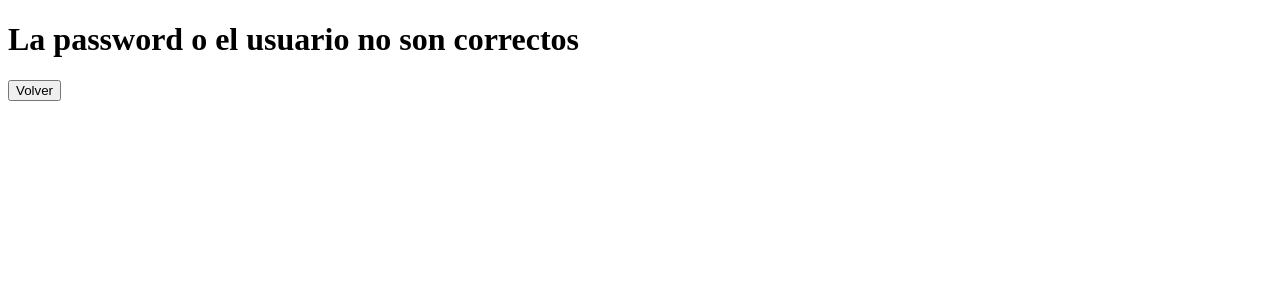
Repository: DGM140775/nocionesJava
Page: 05_Web/WebContent/error.html
An editor plug-in stored every save of this project. The page is shown before and after the next save, followed by the edit.
The browser window is 1280 px wide. The pictures show the whole page.

Above is the page before, as saved 2019-04-25 10:00:25.

After the next save:
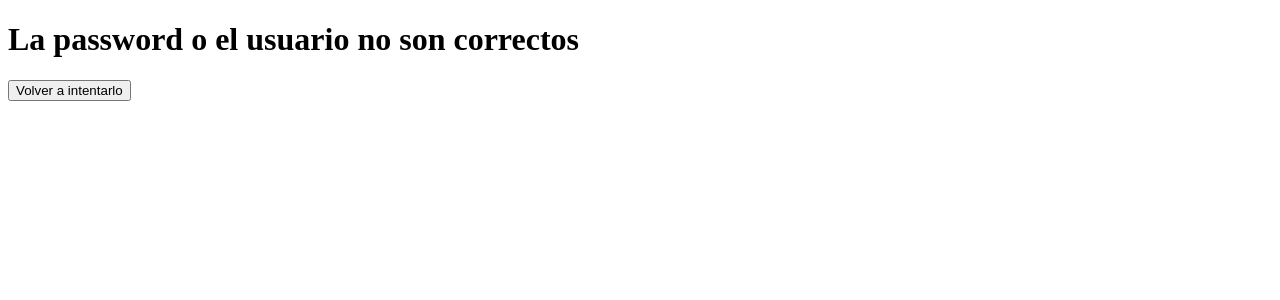
Saved 9 s later.
--- a/05_Web/WebContent/error.html
+++ b/05_Web/WebContent/error.html
@@ -6,6 +6,6 @@
 </head>
 <body>
 	<h1>La password o el usuario no son correctos</h1>
-	<input type="button" name="Volver" Value="Volver" onclick="history.back()">
+	<input type="button" name="Volver" Value="Volver a intentarlo" onclick="history.back()">
 </body>
 </html>
